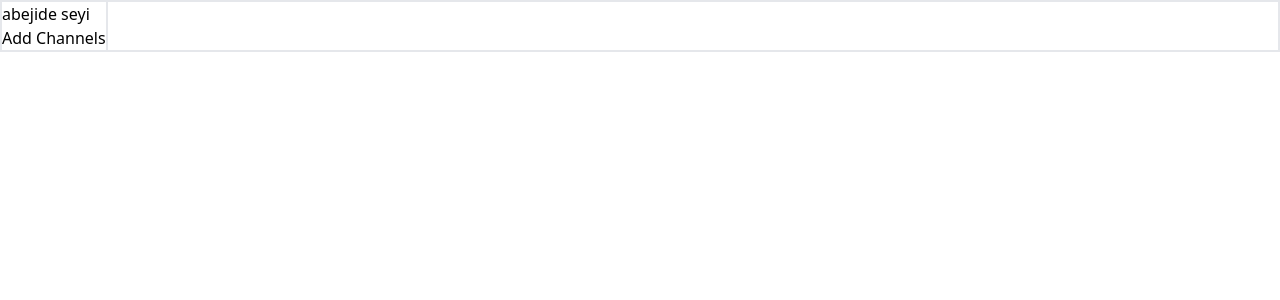
Repository: Semanmernstack/chat-mini
Page: /
These files come from the project's save history. The page is drawn as it stood at one moment and after the next save; the edit follows.
The browser window is 1280 px wide. The pictures show the whole page.
The project was rebuilt for these pictures with package versions that can differ from the ones it lists, and the page was loaded fresh each time. Also part of the build but not shown: src/features/counter/Counter.module.css, src/features/counter/Counter.js.

Above is the page before, as saved 2022-11-14 05:19:05.

After the next save:
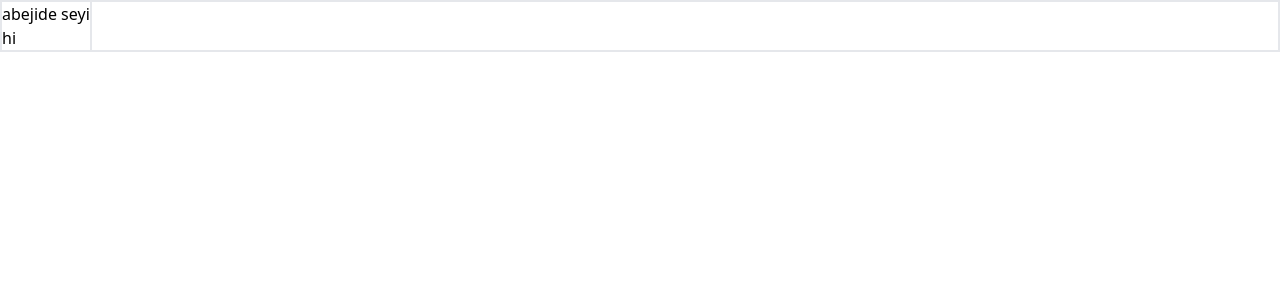
Saved 25 s later.
--- a/src/Sidebar.js
+++ b/src/Sidebar.js
@@ -8,9 +8,7 @@ function Sidebar() {
         </div>
         <div>
 
-           <h1>Add Channels</h1>
-
-
+           <h2>hi</h2>
 
         </div>
     </div>
